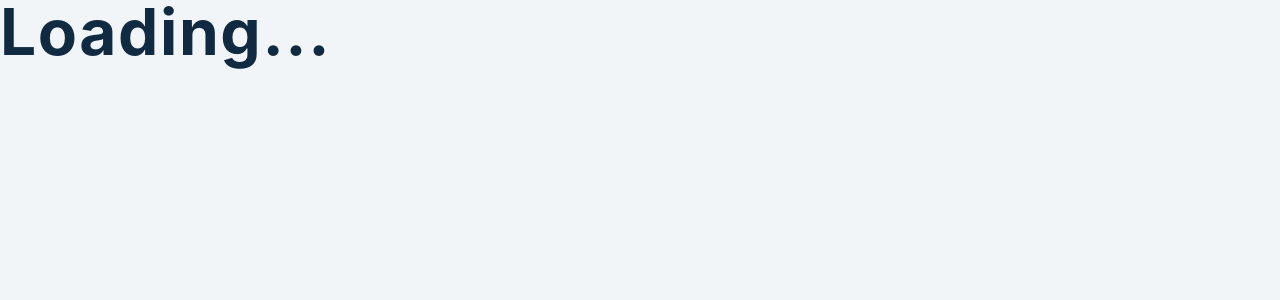
Repository: bodescuanamariia/tabs
Page: /
These files come from the project's save history. The page is drawn as it stood at one moment and after the next save; the edit follows.
The browser window is 1280 px wide. The pictures show the whole page.
The page's requests for data from a server got no answer. The project was rebuilt for these pictures with package versions that can differ from the ones it lists, and the page was loaded fresh each time. No one was signed in, and anything a server would have sent is missing.

Above is the page before, as saved 2022-04-20 15:59:02.

### src/index.css
/*
===============
Variables
===============
*/

:root {
  /* dark shades of primary color*/
  --clr-primary-1: hsl(184, 91%, 17%);
  --clr-primary-2: hsl(185, 84%, 25%);
  --clr-primary-3: hsl(185, 81%, 29%);
  --clr-primary-4: hsl(184, 77%, 34%);
  --clr-primary-5: #2caeba;
  /* lighter shades of primary color */
  --clr-primary-6: hsl(185, 57%, 50%);
  --clr-primary-7: hsl(184, 65%, 59%);
  --clr-primary-8: hsl(184, 80%, 74%);
  --clr-primary-9: hsl(185, 94%, 87%);
  --clr-primary-10: hsl(186, 100%, 94%);
  /* darkest grey - used for headings */
  --clr-grey-1: hsl(209, 61%, 16%);
  --clr-grey-2: hsl(211, 39%, 23%);
  --clr-grey-3: hsl(209, 34%, 30%);
  --clr-grey-4: hsl(209, 28%, 39%);
  /* grey used for paragraphs */
  --clr-grey-5: hsl(210, 22%, 49%);
  --clr-grey-6: hsl(209, 23%, 60%);
  --clr-grey-7: hsl(211, 27%, 70%);
  --clr-grey-8: hsl(210, 31%, 80%);
  --clr-grey-9: hsl(212, 33%, 89%);
  --clr-grey-10: hsl(210, 36%, 96%);
  --clr-white: #fff;
  --clr-red-dark: hsl(360, 67%, 44%);
  --clr-red-light: hsl(360, 71%, 66%);
  --clr-green-dark: hsl(125, 67%, 44%);
  --clr-green-light: hsl(125, 71%, 66%);
  --clr-black: #222;
  --transition: all 0.3s linear;
  --spacing: 0.1rem;
  --radius: 0.25rem;
  --light-shadow: 0 5px 15px rgba(0, 0, 0, 0.1);
  --dark-shadow: 0 5px 15px rgba(0, 0, 0, 0.2);
  --max-width: 1170px;
  --fixed-width: 620px;
}
/*
===============
Global Styles
===============
*/

*,
::after,
::before {
  margin: 0;
  padding: 0;
  box-sizing: border-box;
}
body {
  font-family: -apple-system, BlinkMacSystemFont, "Segoe UI", Roboto, Oxygen,
    Ubuntu, Cantarell, "Open Sans", "Helvetica Neue", sans-serif;
  background: var(--clr-grey-10);
  color: var(--clr-grey-1);
  line-height: 1.5;
  font-size: 0.875rem;
}
ul {
  list-style-type: none;
}
a {
  text-decoration: none;
}
h1,
h2,
h3,
h4 {
  letter-spacing: var(--spacing);
  text-transform: capitalize;
  line-height: 1.25;
  margin-bottom: 0.75rem;
}
h1 {
  font-size: 3rem;
}
h2 {
  font-size: 2rem;
}
h3 {
  font-size: 1.25rem;
}
h4 {
  font-size: 0.875rem;
}
p {
  margin-bottom: 1.25rem;
  color: var(--clr-grey-5);
}
@media screen and (min-width: 800px) {
  h1 {
    font-size: 4rem;
  }
  h2 {
    font-size: 2.5rem;
  }
  h3 {
    font-size: 1.75rem;
  }
  h4 {
    font-size: 1rem;
  }
  body {
    font-size: 1rem;
  }
  h1,
  h2,
  h3,
  h4 {
    line-height: 1;
  }
}
*  global classes */

/* section */
.section {
  width: 90vw;
  margin: 0 auto;
  max-width: var(--max-width);
}

@media screen and (min-width: 992px) {
  .section {
    width: 95vw;
  }
}
/*
===============
Reviews
===============
*/
main {
  min-height: 100vh;
  display: grid;
  place-items: center;
}
.title {
  text-align: center;
  margin-bottom: 4rem;
}
.underline {
  height: 0.25rem;
  width: 5rem;
  background: var(--clr-primary-5);
  margin-left: auto;
  margin-right: auto;
}
.container {
  width: 80vw;
  max-width: var(--fixed-width);
}
.review {
  background: var(--clr-white);
  padding: 1.5rem 2rem;
  border-radius: var(--radius);
  box-shadow: var(--light-shadow);
  transition: var(--transition);
  text-align: center;
}
.review:hover {
  box-shadow: var(--dark-shadow);
}
.img-container {
  position: relative;
  width: 150px;
  height: 150px;
  border-radius: 50%;
  margin: 0 auto;
  margin-bottom: 1.5rem;
}
.person-img {
  width: 100%;
  display: block;
  height: 100%;
  object-fit: cover;
  border-radius: 50%;
  position: relative;
}
.quote-icon {
  position: absolute;
  top: 0;
  left: 0;
  width: 2.5rem;
  height: 2.5rem;
  display: grid;
  place-items: center;
  border-radius: 50%;
  transform: translateY(25%);
  background: var(--clr-primary-5);
  color: var(--clr-white);
}
.img-container::before {
  content: "";
  width: 100%;
  height: 100%;
  background: var(--clr-primary-5);
  position: absolute;
  top: -0.25rem;
  right: -0.5rem;
  border-radius: 50%;
}
.author {
  margin-bottom: 0.25rem;
}
.job {
  margin-bottom: 0.5rem;
  text-transform: uppercase;
  color: var(--clr-primary-5);
  font-size: 0.85rem;
}
.info {
  margin-bottom: 0.75rem;
}
.prev-btn,
.next-btn {
  color: var(--clr-primary-7);
  font-size: 1.25rem;
  background: transparent;
  border-color: transparent;
  margin: 0 0.5rem;
  transition: var(--transition);
  cursor: pointer;
}
.prev-btn:hover,
.next-btn:hover {
  color: var(--clr-primary-5);
}
.random-btn {
  margin-top: 0.5rem;
  background: var(--clr-primary-10);
  color: var(--clr-primary-5);
  padding: 0.25rem 0.5rem;
  text-transform: capitalize;
  border-radius: var(--radius);
  transition: var(--transition);
  border-color: transparent;
  cursor: pointer;
}
.random-btn:hover {
  background: var(--clr-primary-5);
  color: var(--clr-primary-1);
}

.icon {
  font-size: 4rem;
  color: red;
}

### src/App.js
import React, { useState, useEffect } from "react";
import { FaAngleDoubleRight } from "react-icons/fa";
const url = "https://course-api.com/react-tabs-project";

function App() {
  const [loading, setLoading] = useState(true);
  const [jobs, setJobs] = useState([]);
  const [value, setValue] = useState(0);

  const fetchJobs = async () => {
    const response = await fetch(url);
    const newJobs = await response.json();
    setJobs(newJobs);
    setLoading(false);
  };

  useEffect(() => {
    fetchJobs();
  }, []);

  if (loading) {
    return (
      <section className="section loading">
        <h1> loading...</h1>
      </section>
    );
  }

  const { company, dates, duties, title } = jobs[value];
  return (
    <section className="section">
      <div className="title">
        <h2>experience</h2>
        <div className="underline"></div>
      </div>
      <div className="jobs-center">
        {/* btn container */}
        <div className="btn-container">
          {jobs.map((item, index) => {
            return <button key={item.id}>{item.company}</button>;
          })}
        </div>
        {/* job info */}
        <article className="job-info">
          <h3>{title}</h3>
          <h4>{company}</h4>
          <p className="job-date">{dates}</p>
          {duties.map((index) => {
            return (
              <div key={index} className="job-desc">
                <FaAngleDoubleRight className="job-icon"></FaAngleDoubleRight>
                <p> {duties} </p>
              </div>
            );
          })}
        </article>
      </div>
    </section>
  );
}

export default App;

Loaded but not shown: public/index.html (common file); src/index.js (common file)

After the next save:
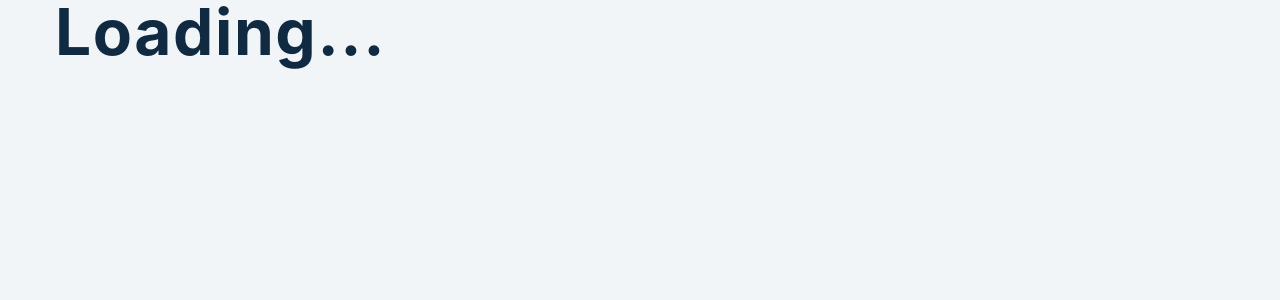
Saved 33 s later.
--- a/src/index.css
+++ b/src/index.css
@@ -6,17 +6,18 @@ Variables
 
 :root {
   /* dark shades of primary color*/
-  --clr-primary-1: hsl(184, 91%, 17%);
-  --clr-primary-2: hsl(185, 84%, 25%);
-  --clr-primary-3: hsl(185, 81%, 29%);
-  --clr-primary-4: hsl(184, 77%, 34%);
-  --clr-primary-5: #2caeba;
+  --clr-primary-1: hsl(205, 86%, 17%);
+  --clr-primary-2: hsl(205, 77%, 27%);
+  --clr-primary-3: hsl(205, 72%, 37%);
+  --clr-primary-4: hsl(205, 63%, 48%);
+  /* primary/main color */
+  --clr-primary-5: hsl(205, 78%, 60%);
   /* lighter shades of primary color */
-  --clr-primary-6: hsl(185, 57%, 50%);
-  --clr-primary-7: hsl(184, 65%, 59%);
-  --clr-primary-8: hsl(184, 80%, 74%);
-  --clr-primary-9: hsl(185, 94%, 87%);
-  --clr-primary-10: hsl(186, 100%, 94%);
+  --clr-primary-6: hsl(205, 89%, 70%);
+  --clr-primary-7: hsl(205, 90%, 76%);
+  --clr-primary-8: hsl(205, 86%, 81%);
+  --clr-primary-9: hsl(205, 90%, 88%);
+  --clr-primary-10: hsl(205, 100%, 96%);
   /* darkest grey - used for headings */
   --clr-grey-1: hsl(209, 61%, 16%);
   --clr-grey-2: hsl(211, 39%, 23%);
@@ -118,7 +119,8 @@ p {
     line-height: 1;
   }
 }
-*  global classes */
+
+/*  global classes */
 
 /* section */
 .section {
@@ -132,6 +134,7 @@ p {
     width: 95vw;
   }
 }
+
 /*
 ===============
 Reviews
